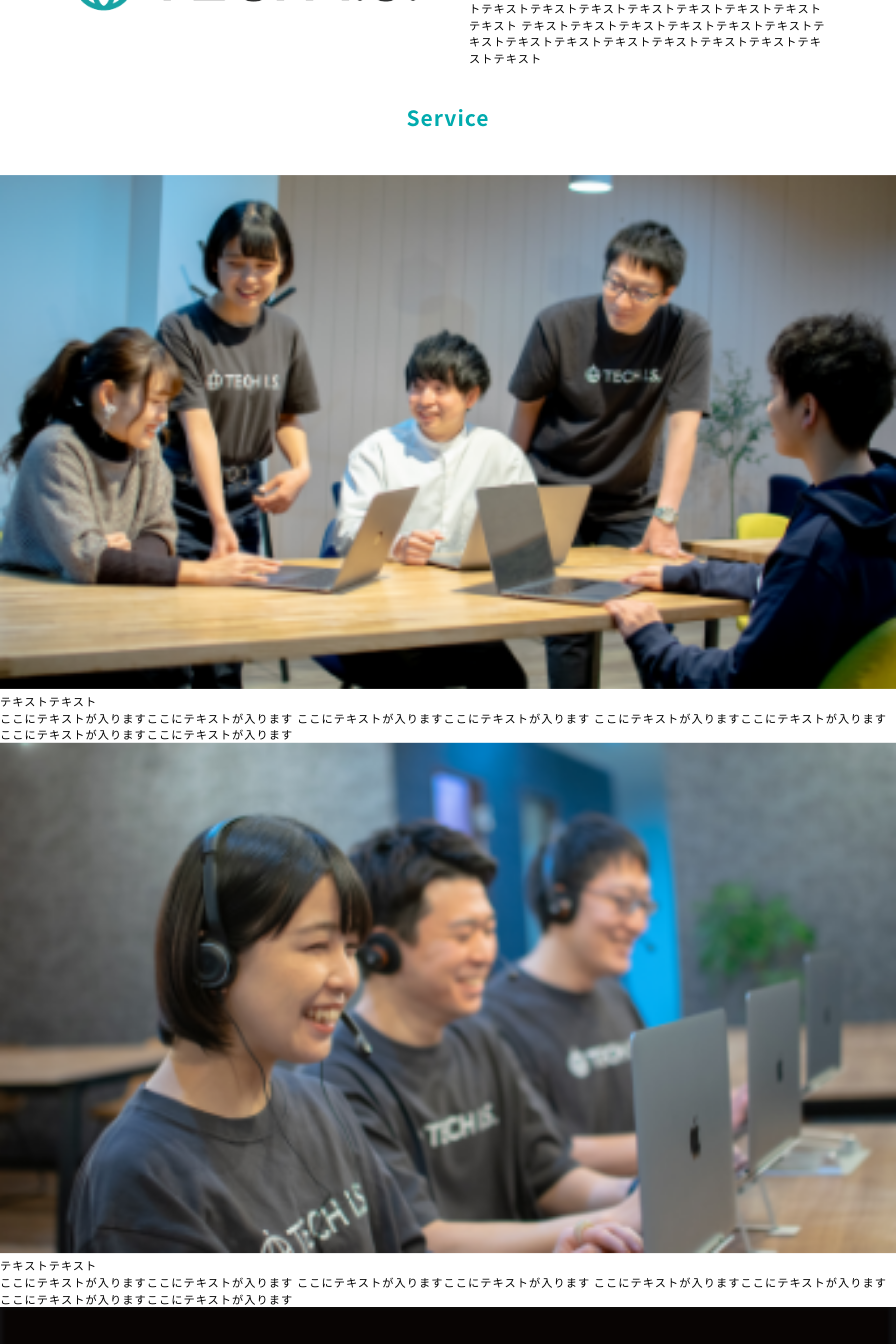
Repository: ryunoesta/lp-techis
Page: indx.html
An editor plug-in stored every save of this project. The page is shown before and after a run of saves, followed by the edit.
The browser window is 1280 px wide. The pictures show the part of the page from y = 793 to 2713 px (the page is 3594 px tall before and 3336 px after), at 70% of full size.

Above is the page before, as saved 2022-06-16 00:22:16.

### indx.html
<!DOCTYPE html>
<html lang="ja">
<head>
    <meta charset="UTF-8">
    <meta http-equiv="X-UA-Compatible" content="IE=edge">
    <meta name="viewport" content="width=device-width, initial-scale=1.0">
    <!-- reset css -->
    <link rel="stylesheet" href="./CSS/reset.css">
    <!-- style css -->
    <link rel="stylesheet" href="./CSS/style.css">
    <!-- fontawesome -->
    <link rel="stylesheet" href="https://use.fontawesome.com/releases/v5.15.1/css/all.css">
    <title>プログラミングスクール テックアイエス</title>
</head>
<body>
    <!-- header -->
    <header class="header">
        <h1 class="logo">
            <img src="./img/logo.png" alt="ロゴ画像">
        </h1>
        <ul class="menu-pc">
            <li><a href="#">About</a></li>
            <li><a href="#">Service</a></li>
            <li><a href="#">News</a></li>
            <!-- リンク先追加 -->
            <li><a href="contact"><i class="fas fa-file-signature"></i>Contact</a></li>
        </ul>
    </header>

    <!-- main -->
    <main>
        <!-- fv -->
        <section class="front-fv">
            <img src="./img/top1.png" alt="ファーストビュー">
            <h2>どこにいても、
                <br>
                生まれても、
                <br>
                世界最高の教育が受けられる。
            </h2>
        </section>

        <!-- about -->
        <section class="front-about">
            <h2 class="front-common__title">
                About
            </h2>
            <ul class="front-about__list">
                <li class="front-about__item"><img src="./img/logo.png" alt="ロゴ画像"></li>
                <li class="front-about__item">
                    <div class="front-about_txt">
                        <h3>
                            プログラミングスクール
                            <br>
                            テックアイエス
                        </h3>
                        <p>テキストテキストテキストテキストテキストテキストテキストテキストテキストテキストテキストテキストテキストテキストテキスト テキストテキストテキストテキストテキストテキストテキストテキストテキストテキストテキストテキストテキストテキストテキスト テキストテキストテキストテキストテキストテキストテキストテキストテキストテキストテキストテキストテキストテキストテキスト</p>
                    </div>
                </li>
            </ul>
        </section>

        <!-- service -->
        <section class="front-service">
            <h2 class="front-common__title">
                Service
            </h2>
            <ul class="front-service__list">
                <li class="front-service__item">
                    <img src="./img/service1.png" alt="サービス１">
                    <h3>テキストテキスト</h3>
                    <p>ここにテキストが入りますここにテキストが入ります ここにテキストが入りますここにテキストが入ります ここにテキストが入りますここにテキストが入ります ここにテキストが入りますここにテキストが入ります</p>
                </li>
                <li class="front-service__item">
                    <img src="./img/service2.png" alt="サービス２">
                    <h3>テキストテキスト</h3>
                    <p>ここにテキストが入りますここにテキストが入ります ここにテキストが入りますここにテキストが入ります ここにテキストが入りますここにテキストが入ります ここにテキストが入りますここにテキストが入ります</p>
                </li>
                <li class="front-service__item">
                    <img src="./img/service3.png" alt="サービス３">
                    <h3>テキストテキスト</h3>
                    <p>ここにテキストが入りますここにテキストが入ります ここにテキストが入りますここにテキストが入ります ここにテキストが入りますここにテキストが入ります ここにテキストが入りますここにテキストが入ります</p>
                </li>
            </ul>
        </section>




    </main>


    <!-- footer -->
    <footer class="footer"> <!-- footerはブロックレベル要素 -->
        <p>
            <small>Copyright TECHI.S.,Inc.</small>
        </p>
    </footer>
</body>
</html>

### CSS/reset.css
*, *::before, *::after {
    box-sizing: border-box;
}
html, body, div, span, applet, object, iframe, h1, h2, h3, h4, h5, h6, p, blockquote, pre, a,
abbr, acronym, address, big, cite, code, del, dfn, em, font, ins, kbd, q, s, samp, small, strike,
strong, sub, sup, tt, var, dl, dt, dd, ol, ul, li, fieldset, form, label, legend, table,
caption, tbody, tfoot, thead, tr, th, td {
    border: 0;
    font-size: 100%;
    font-weight: inherit;
    margin: 0;
    outline: 0;
    padding: 0;
    vertical-align: baseline;
}
body {
    width: 100%;
    height: 100%;
    margin: 0 auto;
    letter-spacing: 1.5px;
    line-height: 1.5;
}
img {
    width: 100%;
    height: 100%;
    top: 0;
    left: 0;
    object-fit: cover;
}
a {
    color: black;
    text-decoration: none;
}
ol, ul {
    list-style: none;
}
table {
    border-collapse: separate;
    border-spacing: 0;
}

### CSS/style.css
/* フォントの設定 */
@import url('https://fonts.googleapis.com/css2?family=Noto+Sans+JP&display=swap');
html, body {
    font-size: 16px;
    font-family: 'Noto Sans JP', sans-serif;
}

/* header */
.header {
    display: flex;
    align-items: center;
    justify-content: space-between;
    max-width: 1100px;
    height: 70px;
    margin: auto;
}

.logo img {
    width: 170px;
    height: auto;
}

.menu-pc {
    display: flex;
    align-items: center;
}

.menu-pc li {
    margin: 0 30px;
}

.menu-pc a {
    font-weight: bold;
}

.menu-pc li:last-child {
    margin-right: 0;
}

.menu-pc li:last-child a {
    display: block;
    color: #fff;
    background: #00abae;
    padding: 10px 30px;
    border-radius: 50px;
}

/* footer */
.footer {
    padding: 50px;  /* paddingにautoはない */
    background: #303030;
}

.footer p {
    color: #fff;
    text-align: center;
}

/* fv */
.front-fv {
    position: relative;
    height: 400px;
}

.front-fv h2 {
    position: absolute;
    top: 50%;
    -webkit-transform: translateY(-50%);
    -moz-transform: translateY(-50%);
    -ms-transform: translateY(-50%);
    -o-transform: translateY(-50%);
    transform: translateY(-50%);
    left: 20%;
    color: #fff;
    font-size: 30px;
    font-weight: bold;
    line-height: 2;
}

/* common */
.front-common__title {
    position: relative;
    font-size: 30px;
    font-weight: bold;
    color: #00abae;
    text-align: center;
    margin-bottom: 50px;
    padding-bottom: 10px;
}

/* about */
.front-about {
    max-width: 1100px;
    margin: 50px auto;
}

.front-about__list {
    display: flex;
    align-items: center;
    justify-content:center;
}

.front-about__item {
    width: 50%;
}

.front-about__item h3 {
    font-size: 25px;
    font-weight: bold;
}

.front-about__item p {
    margin-top: 20px;
}

.front-about__item:first-child{
    margin-right: 30px;
}

.front-about__item:last-child{
    margin-left: 30px;
}

/* service */
/* about */
.front-about {
    max-width: 1100px;
    margin: 50px auto;
}

After the next 4 saves:
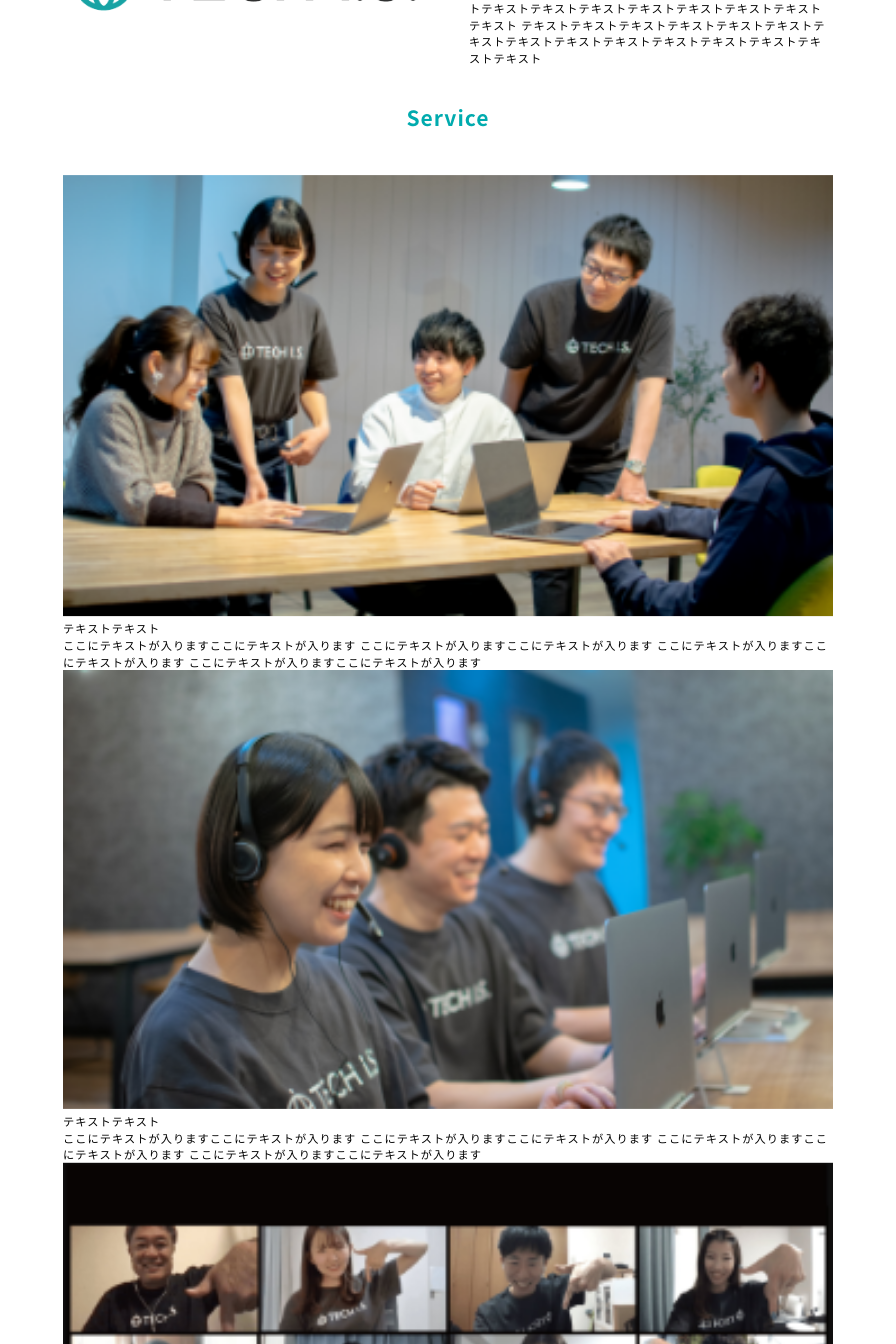
The 4 saves are shown as one change because they came seconds apart.
The last was saved 10 s later.
--- a/CSS/style.css
+++ b/CSS/style.css
@@ -122,8 +122,7 @@
 }
 
 /* service */
-/* about */
-.front-about {
+.front-service {
     max-width: 1100px;
     margin: 50px auto;
 }
